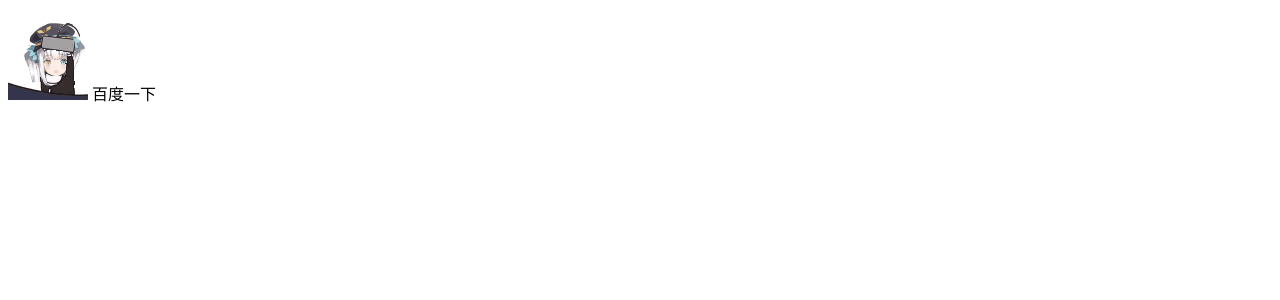
Repository: dashuizun/myProject
Page: Vue/VueZong/cs2.html
These files come from the project's save history. The page is drawn as it stood at one moment and after the next save; the edit follows.
The browser window is 1280 px wide. The pictures show the whole page.

Above is the page before, as saved 2020-11-06 10:06:49.

### Vue/VueZong/cs2.html
<!DOCTYPE html>
<html lang="en">

<head>
  <meta charset="UTF-8">
  <meta name="viewport" content="width=device-width, initial-scale=1.0">
  <title>Document</title>
</head>

<body>
  <div id="app">
    <h2>{{counter}}</h2>
    <img v-bind:src="imgURL" alt="">
    <a v-bind:href="aHref">百度一下</a>
  </div>
  <script src="https://cdn.jsdelivr.net/npm/vue/dist/vue.js"></script>
  <script>
    const app = new Vue({
      el: '#app',
      data: {
        imgURL: 'img/1.gif'
      },
      methods: {
        addCount() {
          this.counter++
        },
        reduceCount() {
          this.counter--
        }
      }
    })
  </script>
</body>

</html>

After the next save:
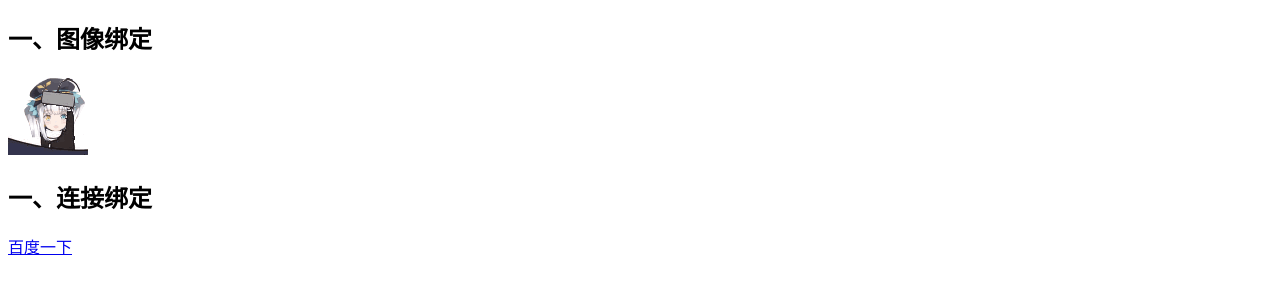
Saved 87 s later.
--- a/Vue/VueZong/cs2.html
+++ b/Vue/VueZong/cs2.html
@@ -9,8 +9,9 @@
 
 <body>
   <div id="app">
-    <h2>{{counter}}</h2>
+    <h2>一、图像绑定</h2>
     <img v-bind:src="imgURL" alt="">
+    <h2>一、连接绑定</h2>
     <a v-bind:href="aHref">百度一下</a>
   </div>
   <script src="https://cdn.jsdelivr.net/npm/vue/dist/vue.js"></script>
@@ -18,7 +19,8 @@
     const app = new Vue({
       el: '#app',
       data: {
-        imgURL: 'img/1.gif'
+        imgURL: 'img/1.gif',
+        aHref: 'https://www.baidu.com/'
       },
       methods: {
         addCount() {
